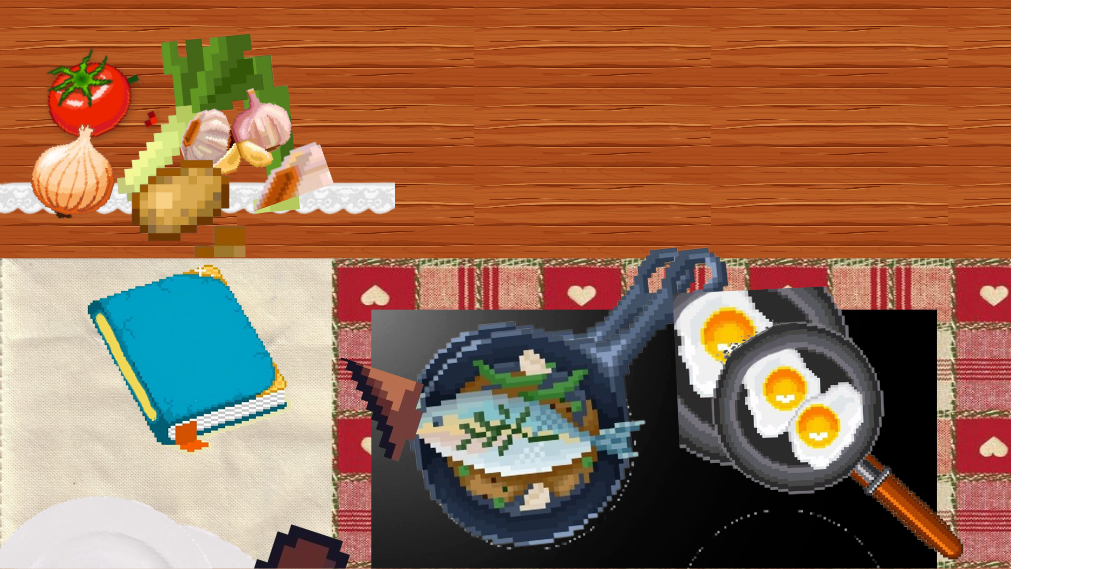
Repository: AJamdonuts/ToddyTalks
Page: playingaround2/pages/chefsujin.html
These files come from the project's save history. The page is drawn as it stood at one moment and after the next save; the edit follows.
The browser window is 1280 px wide. The page is 1280 px wide, then 1397 px, so the pictures cover 1397 px, including what lies to the right of the window. The pictures show the whole page, at 79% of full size.

Above is the page before, as saved 2025-11-26 22:34:06.
Console error: ReferenceError: MIN_SCALE is not defined

### playingaround2/pages/chefsujin.html
<!DOCTYPE html>
<html>
<head>
    <meta charset="UTF-8">
    <meta name="viewport" content="width=device-width, initial-scale=1">
    <link href="/playingaround2/styles/chefsujin.css" rel="stylesheet">
    <script src="/playingaround2/javascript/chefsujin.js" defer></script>
    <title>Chef Sujin</title>
    <link rel="icon" type="image/x-icon" href="/playingaround2/images/favicon.ico">
</head>
<body>
    <div class="canvas">
        <img src="/playingaround2/images/09362b8ce39beb85f830c3373e6b392c-removebg-preview.png" alt="Chef Sujin Banner" class="chef-sujin-banner">
        <img src="/playingaround2/images/b41e50d46e26e9463ce130b2da7a46aa.jpg" class="creamtexture">
        <img src="/playingaround2/images/check table cloth.jpg" class="checktablecloth">
        <img src="/playingaround2/images/pxArt-2.png" class="hob">
        <img src="/playingaround2/images/pixil-frame-0-removebg-preview 1.png" class="recipebook">
        <img src="/playingaround2/images/fishpan.png" class="fishpan">
        <img src="/playingaround2/images/leek-removebg-preview.png" class="leek">
        <img src="/playingaround2/images/garlic-removebg-preview.png" class="garlic">
        <img src="/playingaround2/images/d95fa1e62c663504736614e026fc4862-removebg-preview.png" class="potato">
        <img src="/playingaround2/images/pixil-frame-0-removebg-preview.png" class="eggpan" >
        <img src="/playingaround2/images/pxArt-2-removebg-preview.png" class="vegpan">
        <img src="/playingaround2/images/pxArt-removebg-preview.png" class="plate">
        <img src="/playingaround2/images/tomato-removebg-preview.png" class="tomato">
        <img src="/playingaround2/images/onion-removebg-preview.png" class="onion">
        <img src="/playingaround2/images/IMG_0236_2-removebg-preview.png" class="beararm1" >
        <img src="/playingaround2/images/IMG_0236-removebg-preview.png" class="beararm2" >
    </div>

</body>
</html>

### playingaround2/styles/chefsujin.css
html, body {
    margin: 0;
    padding: 0;
    /* Crucial: Sets the viewport as the reference size */
    width: 100vw;
    height: 100vh;
    overflow: hidden;
}

/* Add a main container to hold all your absolutely positioned elements */
.canvas {
    position: relative;
    width: 100%;
    height: 100%;
    max-width: 1440px;
    max-height: 1024px;
    transform-origin: bottom center;
    transform: scale(var(--scale-factor, 1));
    overflow: hidden;
}

/* Use Flexbox on the body to center the .canvas element when it hits the max size */
body {
    display: flex;
    justify-content: center; /* horizontally center canvas */
    align-items: flex-end;   /* vertically position canvas as needed */

    background-image: url('/playingaround2/images/kitchencounter.jpg');
    background-repeat: repeat;      /* repeat the image */
    background-size: 300px 100px;   /* set width and height for each tile */
    background-position: top left;  /* start tiling from top-left */
    background-attachment: scroll;  /* moves with page */
    background-color: #ffffff;      /* fallback color */
}



.tomato {
    position: absolute;
    width: 133.75px;
    height: 133.75px;
    left: 45.02px;
    top: 55.06px;
    background: url(tomato-removebg-preview.png);
    filter: drop-shadow(0px 4px 4px rgba(0, 0, 0, 0.25));
    border-radius: 4px;
    transform: rotate(-24.58deg);
}

.potato {
    position: absolute;
    width: 165px;
    height: 165px;
    left: 146px;
    top: 161px;
    background: url(d95fa1e62c663504736614e026fc4862-removebg-preview.png);
}

.leek {
    position: absolute;
    width: 257.96px;
    height: 257.96px;
    left: 109.95px;
    top: 20px;
    background: url(leek-removebg-preview.png);
    transform: rotate(-5.62deg);
}

.garlic {
    position: absolute;
    width: 194.8px;
    height: 194.8px;
    left: 200.62px;
    top: 74.87px;
    background: url(garlic-removebg-preview.png);
    transform: rotate(-19.27deg);
}

.onion {
    position: absolute;
    width: 126.18px;
    height: 144.28px;
    left: 32px;
    top: 145.3px;
    background: url(onion-removebg-preview.png);
    transform: rotate(17.63deg);
    }

.recipebook {
    position: absolute;
    width: 300px;
    height: 300px;
    left: 90px;
    top: 302px;
}

.plate {
    position: absolute;
    width: 334.76px;
    height: 332.75px;
    left: -40px;
    top: 616px;
    background: url(pxArt-removebg-preview.png);
    transform: rotate(19.64deg);
}

.beararm1 {
    position: absolute;
    width: 448.49px;
    height: 883.17px;
    left: 132px;
    top: 450px;
    background: url(IMG_0236_2-removebg-preview.png);
    transform: matrix(0.95, 0.31, 0.31, -0.95, 0, 0);
}

.beararm2 {
    position: absolute;
    width: 348.8px;
    height: 764.5px;
    left: 1000px;
    top: 500px;
    background: url(IMG_0236-removebg-preview.png);
    transform: matrix(0.99, -0.13, -0.13, -0.99, 0, 0);
}

.fishpan {
    position: absolute;
    width: 546.95px;
    height: 546.95px;
    left: 460px;
    top: 280px;
    background: url(fishpan.png);
    transform: rotate(-6.22deg);
}

.eggpan {
    position: absolute;
    width: 396px;
    height: 396px;
    left: 860px;
    top: 362.44px;
    background: url(pixil-frame-0-removebg-preview.png);
    transform: rotate(177.33deg);
}

.vegpan {
    position: absolute;
    width: 207px;
    height: 310px;
    left: 560px;
    top: 680px;
    background: url(pxArt-2-removebg-preview.png);
    transform: rotate(81.24deg);
}

.hob {
    position: absolute;
    width: 716px;
    height: 632px;
    left: 470px;
    top: 392px;
    background: url(pxArt-2.png);
}

.creamtexture {
    position: absolute;
    width: 476px;
    height: 696px;
    left: 0px;
    bottom:0px;
    top: 327px;
    background: url(b41e50d46e26e9463ce130b2da7a46aa.jpg);
}

.checktablecloth {
    position: absolute;
    width: 900px;
    height: 697px;
    bottom: 0px;
    top: 327px;
    left: 420px;
}

### playingaround2/javascript/chefsujin.js
function calculateScaleFactor() {
    const DESIGN_WIDTH = 1440;
    const DESIGN_HEIGHT = 1024;



    const viewportWidth = window.innerWidth;
    const viewportHeight = window.innerHeight;

    // Calculate the scale factor based on current viewport size
    const widthScale = viewportWidth / DESIGN_WIDTH;
    const heightScale = viewportHeight / DESIGN_HEIGHT;

    // Use the smaller scale factor to ensure everything fits inside the window
    let scaleFactor = Math.min(widthScale, heightScale);

    // Get the .canvas element
    const canvas = document.querySelector('.canvas');

    if (canvas) {
        // Step 1: Prevent scaling up past 1 (full size)
        scaleFactor = Math.min(scaleFactor, 1);

        // *** Step 2: Ensure the scale factor does not drop below the minimum ***
        const finalScale = Math.max(scaleFactor, MIN_SCALE);

        canvas.style.setProperty('--scale-factor', finalScale);

        // Additionally, set the fixed width/height so the centering works correctly
        canvas.style.width = `${DESIGN_WIDTH}px`;
        canvas.style.height = `${DESIGN_HEIGHT}px`;
    }
}

window.addEventListener('resize', calculateScaleFactor);
document.addEventListener('DOMContentLoaded', calculateScaleFactor);

After the next save:
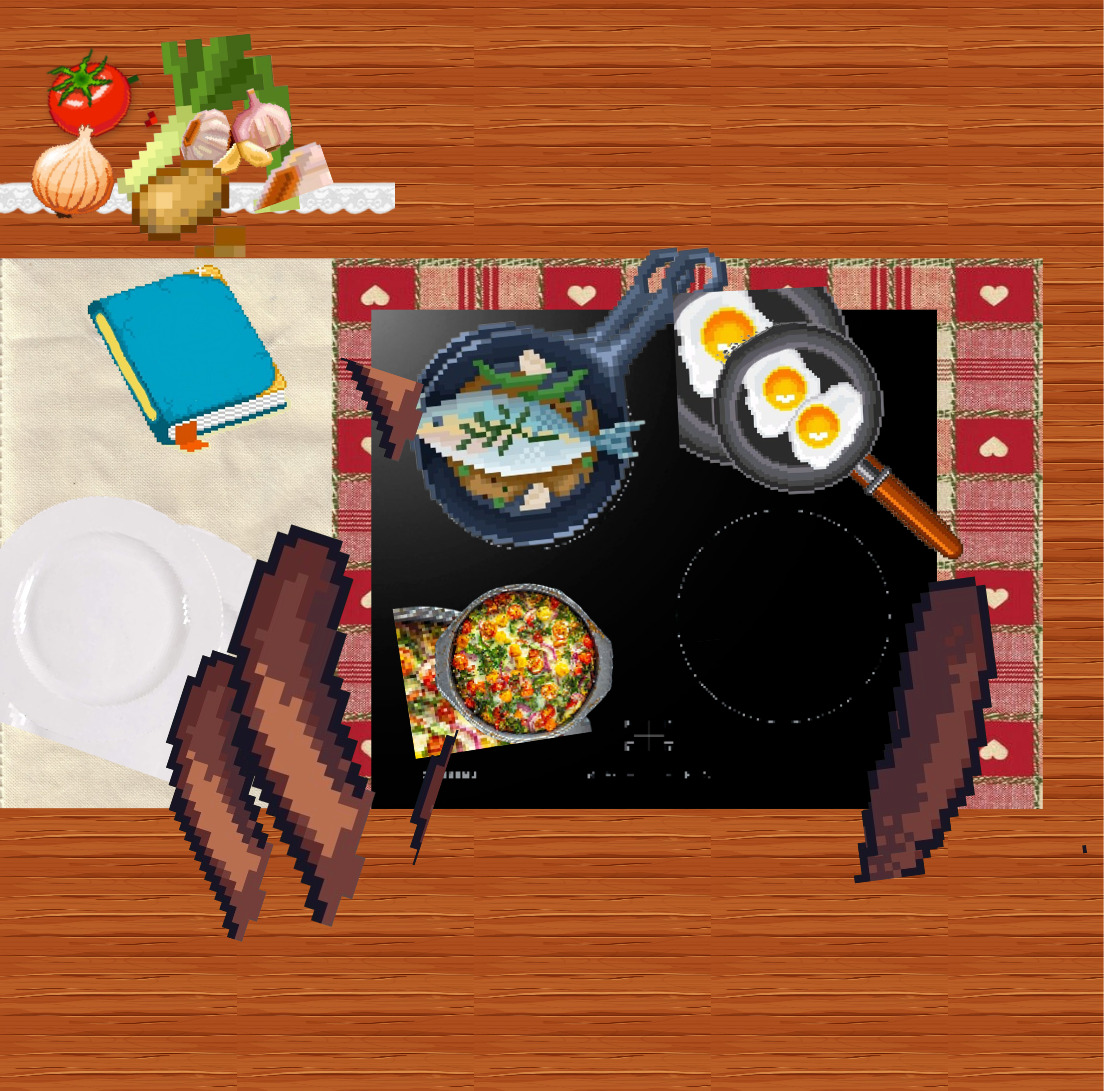
Saved 2 min 20 s later.
--- a/playingaround2/styles/chefsujin.css
+++ b/playingaround2/styles/chefsujin.css
@@ -4,7 +4,6 @@ html, body {
     /* Crucial: Sets the viewport as the reference size */
     width: 100vw;
     height: 100vh;
-    overflow: hidden;
 }
 
 /* Add a main container to hold all your absolutely positioned elements */
@@ -16,7 +15,6 @@ html, body {
     max-height: 1024px;
     transform-origin: bottom center;
     transform: scale(var(--scale-factor, 1));
-    overflow: hidden;
 }
 
 /* Use Flexbox on the body to center the .canvas element when it hits the max size */
